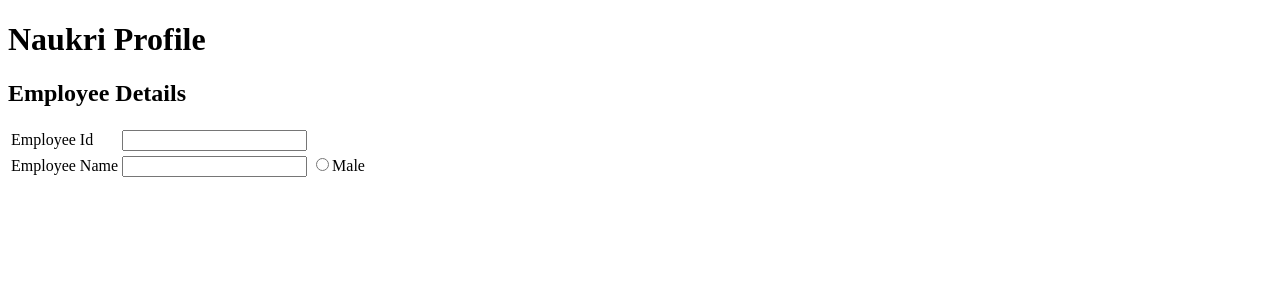
Repository: Ravikumarh6166/my-first-repo
Page: filterapp/src/main/webapp/registrationform.html
An editor plug-in stored every save of this project. The page is shown before and after the next save, followed by the edit.
The browser window is 1280 px wide. The pictures show the whole page.

Above is the page before, as saved 2022-08-30 06:47:36.

### filterapp/src/main/webapp/registrationform.html
<!DOCTYPE html>
<html>
<head>
<meta charset="UTF-8">
<title>Insert title here</title>
</head>
<body>
<h1>Naukri Profile</h1>
<h2>Employee Details</h2>
<form action="./reg" method="post">
<table>
<tr>
<td>Employee Id</td>
<td><input type="text" name="eid">
</tr>

<tr>
<td>Employee Name</td>
<td><input type="text" name="ename">
<input type="radio"  value="Male">Male
</tr>


</table>
</form>
</body>
</html>

After the next save:
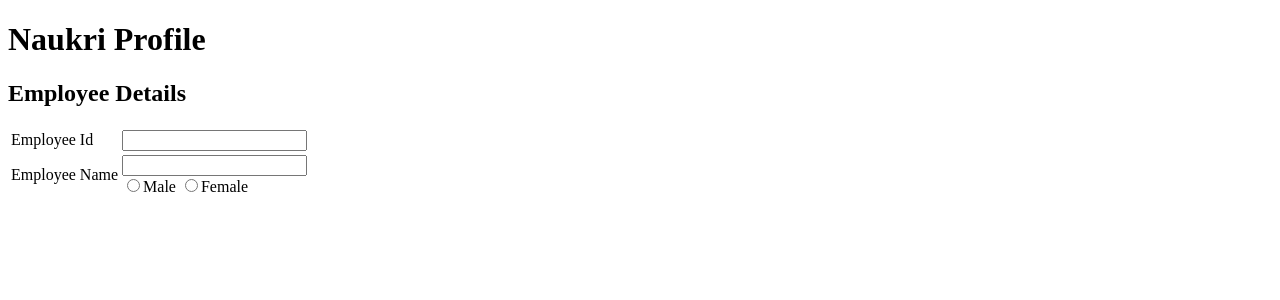
Saved 49 s later.
--- a/filterapp/src/main/webapp/registrationform.html
+++ b/filterapp/src/main/webapp/registrationform.html
@@ -16,8 +16,10 @@
 
 <tr>
 <td>Employee Name</td>
-<td><input type="text" name="ename">
+<td><input type="text" name="ename"><br>
 <input type="radio"  value="Male">Male
+<input type="radio"  value="Female">Female
+
 </tr>
 
 
